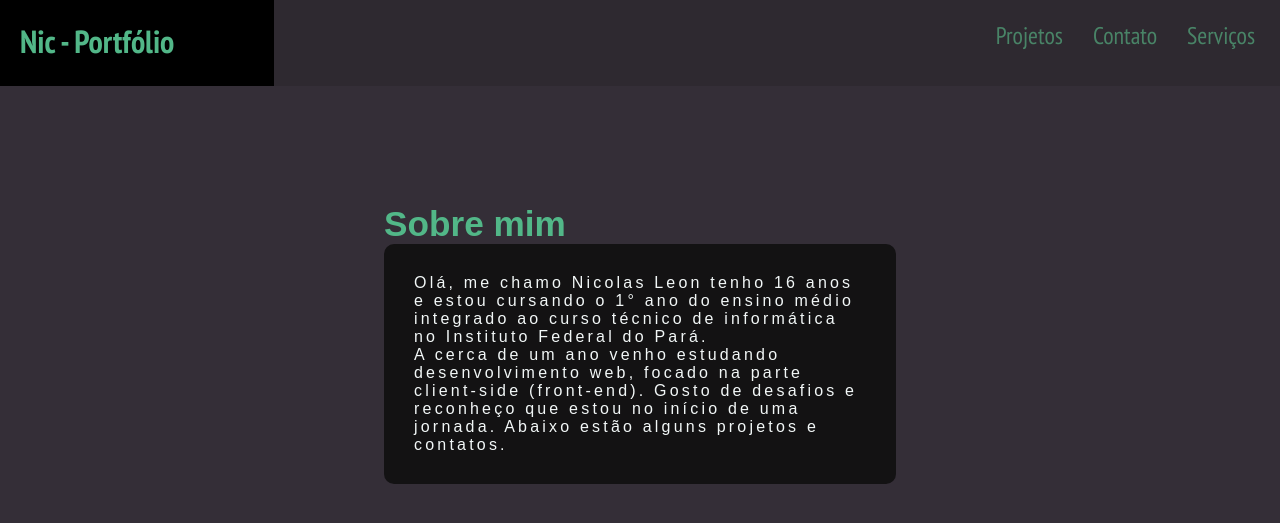
Repository: Leonngc/portfolio
Page: index.html
An editor plug-in stored every save of this project. The page is shown before and after a run of saves, followed by the edit.
The browser window is 1280 px wide. The pictures show the whole page.

Above is the page before, as saved 2022-12-02 10:51:42.

### index.html
<!DOCTYPE html>
<html lang="en">

<head>
    <meta charset="UTF-8">
    <meta http-equiv="X-UA-Compatible" content="IE=edge">
    <meta name="viewport" content="width=device-width, initial-scale=1.0">
    <meta name="keywords" content="portfolio, web, dev, website, desenvolvedor">
    <meta name="description" content="Meu portfolio de desenvolvedor web">
    <title>Nic Portfólio</title>
    <link rel="stylesheet" href="home.css">
</head>

<body>
    <header>
        <h1>Nic - Portfólio</h1>
        <nav class="menu">
            <ul>
                <li><a href="">Projetos</a></li>
                <li><a href="">Contato</a></li>
                <li><a href="">Serviços</a></li>
            </ul>
        </nav>
    </header>
    <section>
        <span>
            <img src="" alt="">
        </span>
    </section>

    <section>
        <h2>Sobre mim</h2>
        <p>Olá, me chamo Nicolas Leon tenho 16 anos e estou cursando o 1° ano do ensino médio integrado ao curso técnico de informática no Instituto Federal do Pará. <br> A cerca de um ano venho estudando desenvolvimento web, focado na parte client-side (front-end). Gosto de desafios e reconheço que estou no início de uma jornada. Abaixo estão alguns projetos e contatos.</p>
    </section>


</body>

</html>

### home.css
@import url('https://fonts.googleapis.com/css2?family=PT+Sans+Narrow:wght@400;700&display=swap');

@import url('https://fonts.googleapis.com/css2?family=Ubuntu+Condensed&display=swap');

:root{
    --background:#342E37;
    --letters: #52B788;
    --font-texts: font-family: 'Ubuntu Condensed', sans-serif;
}
*{
    margin: 0;
    padding: 0;
}
body{
    background-color: var(--background);
    color: var(--letters);
}

header{
    display: flex;
    flex-wrap: wrap;
    justify-content: space-between;
    background-color: #2e2930;
    height: 12vh;
}

header > h1{
    font-family:'PT Sans Narrow', sans-serif;
    margin-left: 0px;
    padding: 20px;
    padding-right: 100px;
    background-color: black;
}

 ul {
    display: flex;
    flex-wrap: wrap;
}

ul > li{
    list-style: none;
    margin: 10px;
}

li > a{
    text-decoration: none;
    color: var(--letters);
    font-family: 'PT Sans Narrow', sans-serif;
    font-size: 1.5em;
    color: #498467;
    padding: 5px;
}

.menu{
    margin-top: 10px;
    margin-right: 10px;
}

li > a:hover{
    text-decoration: underline;
    color: #498480;
}

section{
    width: 40%;
    margin: 0px auto;
    margin-top: 50px;
}

section > h2{
    font-family: sans-serif;
    font-size: 2.2em;
}

section > p{
    border-radius: 10px;
    padding: 30px;
    background-color: #131213;
    color: #f2f7f7;
    font-family: Arial, Helvetica, sans-serif;
    letter-spacing: .2em;
}

After the next 3 saves:
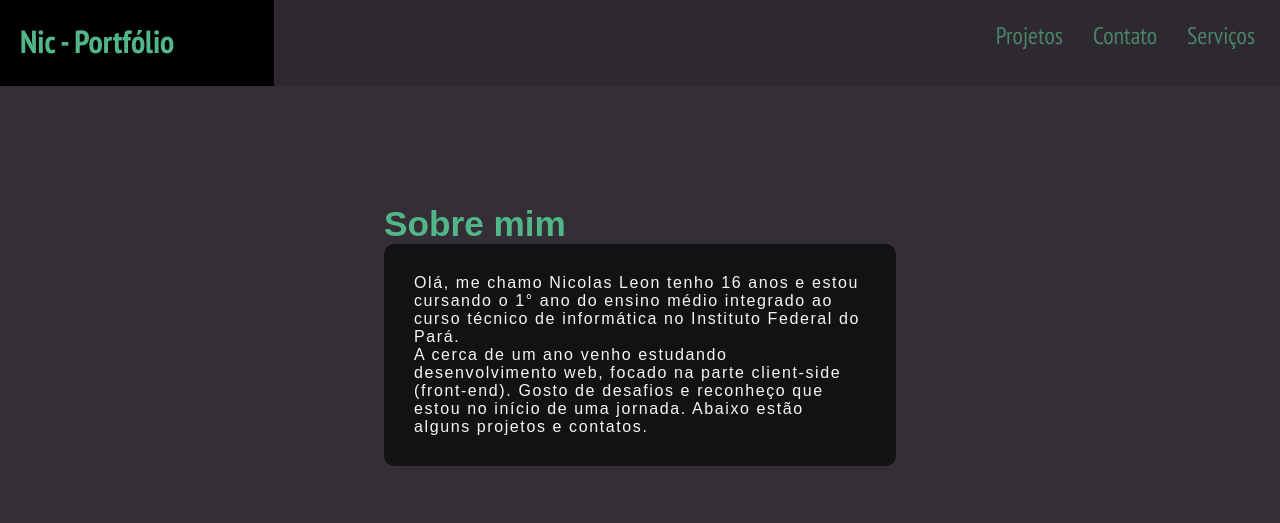
The 3 saves are shown as one change because they came seconds apart.
The last was saved 10 s later.
--- a/home.css
+++ b/home.css
@@ -78,5 +78,5 @@
     background-color: #131213;
     color: #f2f7f7;
     font-family: Arial, Helvetica, sans-serif;
-    letter-spacing: .2em;
+    letter-spacing: .1em;
 }
